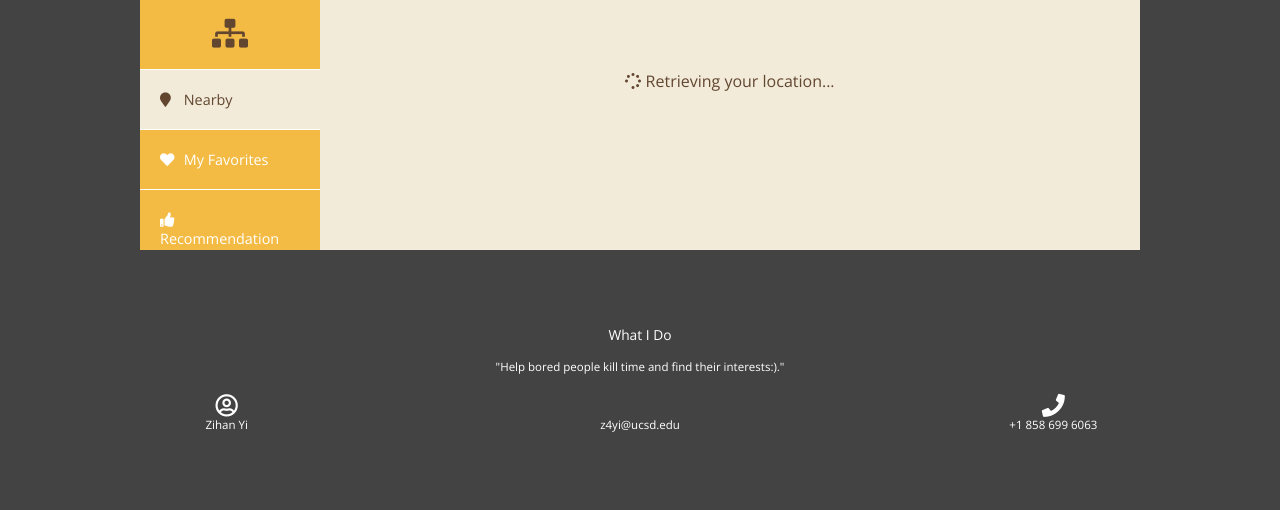
Repository: harryyizihan/fun_finder
Page: Jupiter/WebContent/index.html
An editor plug-in stored every save of this project. The page is shown before and after the next save, followed by the edit.
The browser window is 1280 px wide. The pictures show the part of the page from y = 310 to 820 px (the page is 820 px tall).
Some web libraries are served in a nearby version.

Above is the page before, as saved 2018-07-08 03:26:23.

### Jupiter/WebContent/index.html
<!DOCTYPE html>
<html>
<head>
  <meta charset="UTF-8">
  <meta name="description" content="Item Recommendation">
  <meta name="author" content="Your Name">
  <title>What to do next?</title>
  <link href='https://fonts.googleapis.com/css?family=Open+Sans:400,300,700' rel='stylesheet' type='text/css'>
  <link rel="stylesheet" href="https://maxcdn.bootstrapcdn.com/font-awesome/4.5.0/css/font-awesome.min.css">
  <link rel="stylesheet" href="https://use.fontawesome.com/releases/v5.1.0/css/all.css" integrity="sha384-lKuwvrZot6UHsBSfcMvOkWwlCMgc0TaWr+30HWe3a4ltaBwTZhyTEggF5tJv8tbt" crossorigin="anonymous">
  <link rel="stylesheet" href="styles/main.css">
</head>
<body>
  <header class="top-header">
    <nav class="top-nav">
      <a href="#">Home</a>
      <a href="#">Contact</a>
      <a href="#">About</a>
    </nav>
    <span id="welcome-msg"></span>
    <i id="avatar" class="avatar fa fa-user fa-2x"></i>
  </header>

  <div class="container">
   <header>
      <p>
        <span>Item</span>
        <br /> Recommendation
      </p>
    </header>

    <section class="main-section">
      <aside id="item-nav">
        <div class="nav-icon">
          <i class="fa fa-sitemap fa-2x"></i>
        </div>
        <nav class="main-nav">
          <a href="#" id="nearby-btn" class="main-nav-btn active">
            <i class="fa fa-map-marker"></i> Nearby
          </a>
          <a href="#" id="fav-btn" class="main-nav-btn">
            <i class="fa fa-heart"></i> My Favorites
          </a>
          <a href="#" id="recommend-btn" class="main-nav-btn">
            <i class="fa fa-thumbs-up"></i> Recommendation
          </a>
        </nav>
      </aside>

      <ul id="item-list">
        <li class="item">
          <img alt="item image" src="https://s3-media3.fl.yelpcdn.com/bphoto/EmBj4qlyQaGd9Q4oXEhEeQ/ms.jpg" />
          <div>
            <a class="item-name" href="#">Item</a>
            <p class="item-category">Vegetarian</p>
            <div class="stars">
              <i class="fa fa-star"></i>
              <i class="fa fa-star"></i>
              <i class="fa fa-star"></i>
            </div>
          </div>
          <p class="item-address">699 Calderon Ave<br/>Mountain View<br/> CA</p>
          <div class="fav-link">
            <i class="fa fa-heart"></i>
          </div>
        </li>
      </ul>
    </section>
  </div>

 <footer>
    <p class="title">What I Do</p>
    <p>"Help bored people kill time and find their interests:)."</p>
    <ul>
      <li>
        <p><i class="far fa-user-circle fa-2x"></i></p>
        <p>Zihan Yi</p>
      </li>
      <li>
        <p><i class="fa fa-envelope-o fa-2x"></i></p>
        <p>z4yi@ucsd.edu</p>
      </li>
      <li>
        <p><i class="fa fa-phone fa-2x"></i></p>
        <p>+1 858 699 6063</p>
      </li>
    </ul>
  </footer>

  <script src="https://rawgit.com/emn178/js-md5/master/build/md5.min.js"></script>
  <script src="scripts/main.js"></script>
</body>
</html>

### Jupiter/WebContent/styles/main.css
/* step1: init */
* {
	box-sizing: border-box;
	margin: 0;
	padding: 0;
}

body {
	background: #434343;
	color: #FFFFFF;
	font-family: 'Open Sans', sans-serif;
	font-weight: 300;
	font-size: 0.9em;
}

ul {
	list-style: none;
}

/*  step2: top header */

/* 2.1 header */
.top-header {
	align-items: center;
	background: #DF574B;
	box-shadow: 0px 2px 10px #333333;
	display: flex;
	height: 60px;
	position: fixed;
	top: 0;
	width: 100%;
	z-index: 1;
}

.avatar {
	background: #FFFFFF;
	border-radius: 50%;
	color: #333C4D;
	height: 40px;
	margin-right: 20px;
	padding-left: 9px;
	padding-top: 5px;
	width: 40px;
}

/* 2.2 top navigation */
.top-nav {
	flex: 1;
}

.top-nav a {
	color: #F9F9F9;
	font-weight: 400;
	margin-left: 20px;
	text-decoration: none;
}

/* step3: main container */
.container {
	margin: 60px auto;
	max-width: 1000px;
	min-width: 600px;
}

/* 3.1 main header */
.container>header {
	align-items: center;
	background:
		url('http://prophoto.com.cy/wp-content/galleries/food/food-restaurant-photographer-cyprus-10.jpg')
		no-repeat 50% 50%;
	background-size: 100%;
	display: flex;
	height: 250px;
}

.container>header p {
	border-left: 1px solid #FFFFFF;
	font-weight: 400;
	font-size: 2em;
	line-height: 1em;
	margin-left: 220px;
	padding-left: 5px;
}


.container>header span {
	color: #FBAF41;
}


/* 3.2 main section */
.main-section {
	background: #F3BB43;
}

/* 3.2.1 aside */
#item-nav {
	float: left;
	width: 180px;
}
.nav-icon {
	color: #624630;
	padding: 20px;
	text-align: center;
}

/* 3.2.2 main navigation */
.main-nav-btn {
	background: none;
	border-top: 1px solid #FFFFFF;
	color: #FFFFFF;
	display: block;
	padding: 20px;
	text-align: left;
	text-decoration: none;
}

.main-nav-btn:hover {
	background: rgba(255, 255, 255, 0.8);
	color: #624630;
}

.main-nav-btn.active {
	background: #F2EBD9;
	color: #624630;
}

.main-nav-btn i {
	width: 20px;
}

/* 3.3 item list */
#item-list {
	background: #F2EBD9;
	color: #624630;
	list-style: none;
	margin-left: 180px;
	min-height: 250px;
	padding: 10px;
}

#item-list .notice {
	font-size: 16px;
	padding: 60px;
	text-align: center;
}

/**
 * item
 */
.item {
	align-items: center;
	border-bottom: 1px solid #FFFFFF;
	display: flex;
	margin: 10px;
	padding: 15px;
	transition: background-color 100ms linear;
}

.item:last-child {
	border: none;
}

.item:hover {
	background: rgba(255, 255, 255, 0.8);
	transition: background-color 100ms linear;
}

.item img {
	border: 1px solid #FFFFFF;
	height: 80px;
	width: 80px;
}

.item>div:first-of-type {
	flex: 1;
	margin-left: 10px;
	margin-right: 10px;
}

.item-name {
	color: #624630;
	font-weight: 400;
	text-decoration: none;
}

.item-name:hover {
	text-decoration: underline;
}

.item-address {
	line-height: 20px;
	padding-right: 20px;
	text-align: right;
}

.stars {
	align-items: center;
	display: flex;
	padding-top: 10px;
}

.fav-link {
	border-left: 1px solid #FFFFFF;
	cursor: pointer;
	line-height: 60px;
	text-align: center;
	width: 60px;
}

.fav-link:hover {
	color: #F13F3F;
}

/* step4: footer section */
footer {
	background: #434343;
	font-size: 0.8em;
	height: 200px;
	position: relative;
}

footer p {
	text-align: center;
}

footer p.title {
	font-size: 1.2em;
	padding: 15px;
}

footer ul {
	align-items: center;
	display: flex;
	padding: 20px;
}

footer ul li {
	flex: 1;
}

Loaded but not shown: Jupiter/WebContent/scripts/main.js (common file)

After the next save:
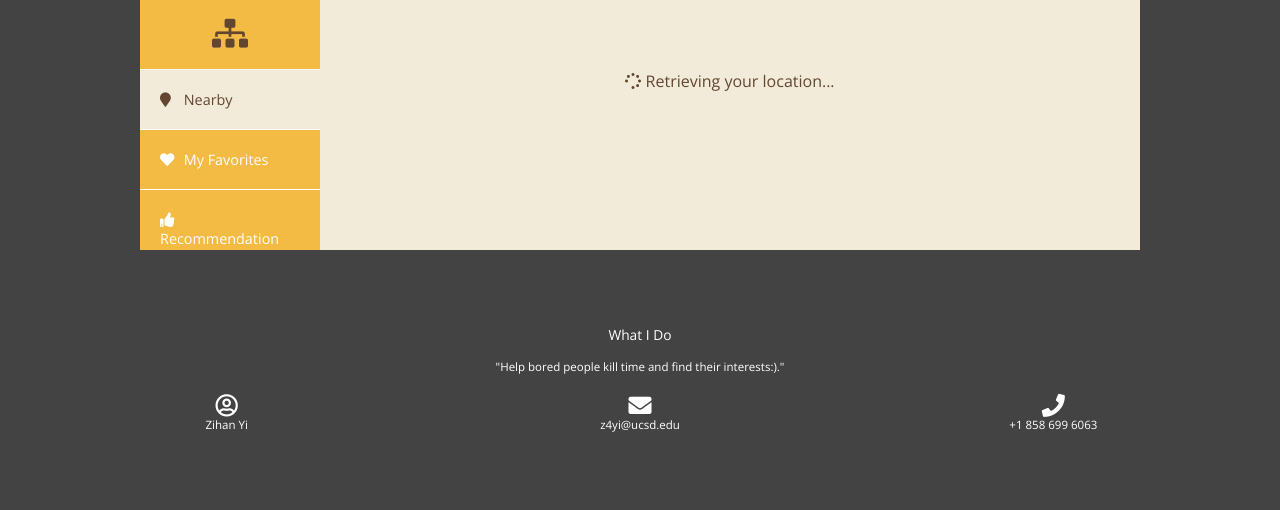
Saved 65 s later.
--- a/Jupiter/WebContent/index.html
+++ b/Jupiter/WebContent/index.html
@@ -77,7 +77,7 @@
         <p>Zihan Yi</p>
       </li>
       <li>
-        <p><i class="fa fa-envelope-o fa-2x"></i></p>
+        <p><i class="fa fa-envelope fa-2x"></i></p>
         <p>z4yi@ucsd.edu</p>
       </li>
       <li>
